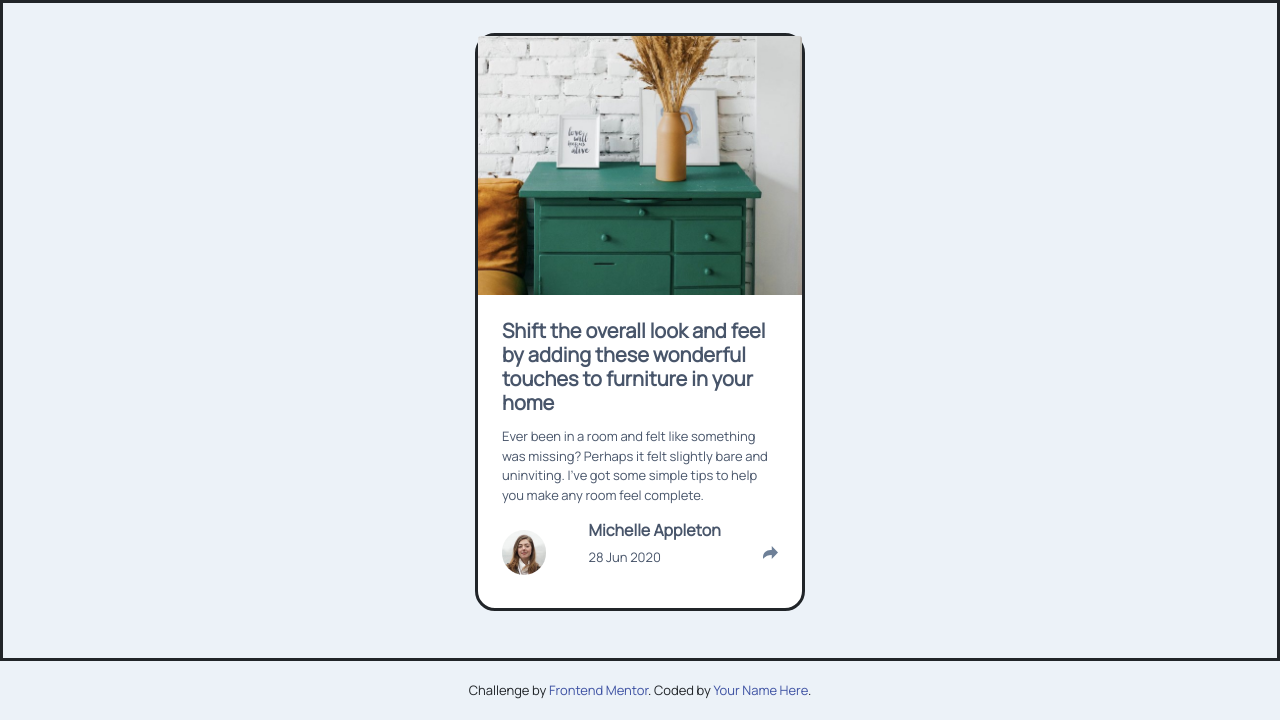
Repository: timiodulate/Article-Preview-Component
Page: index.html
The author's editor kept a copy of each file at every save. The page is drawn from the files as they stood at one save, then again after a run of saves.
The browser window is 1280 px wide. The pictures show the whole page.

Above is the page before, as saved 2020-07-11 12:24:51.

After the next 2 saves:
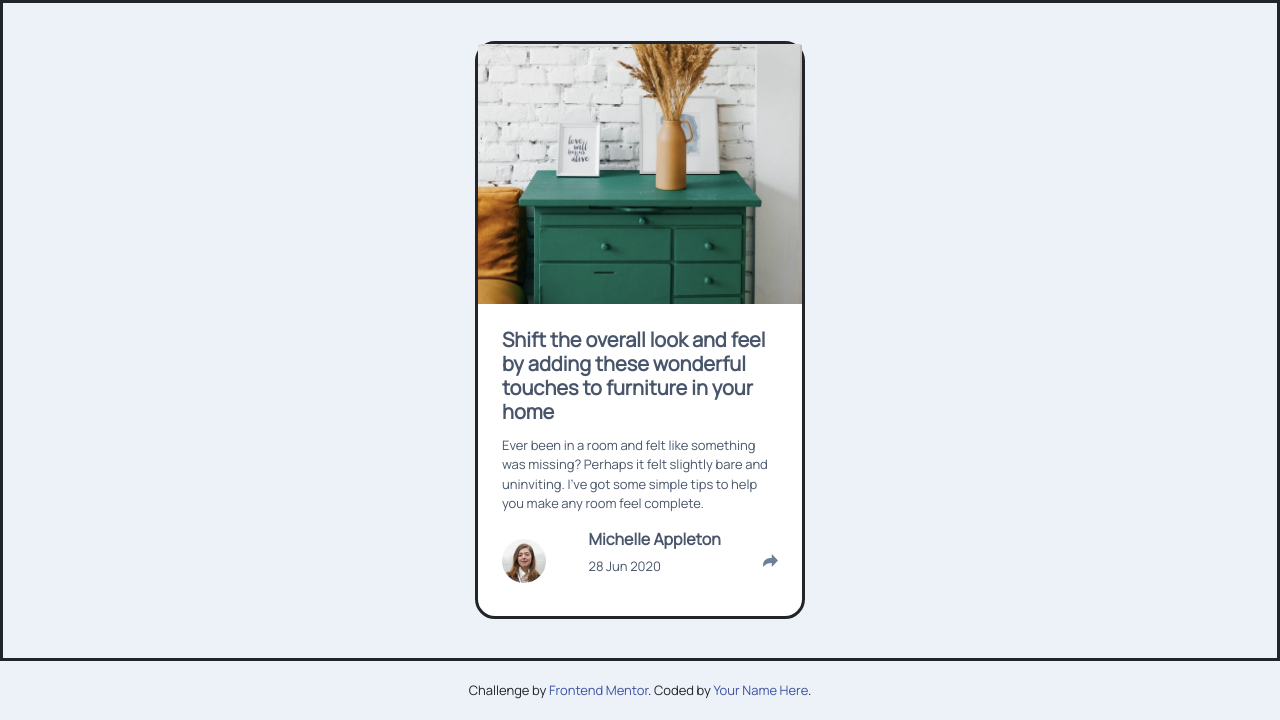
The 2 saves are shown as one change because they came seconds apart.
The last was saved 15 s later.
--- a/index.html
+++ b/index.html
@@ -16,7 +16,7 @@
 </head>
 <body>
 
-  <div class="container-fluid d-flex flex-column justify-content-between align-items-center main" style="border: solid;">
+  <div class="container-fluid d-flex flex-column justify-content-center align-items-center main" style="border: solid;">
 
     <div class="card">
 
